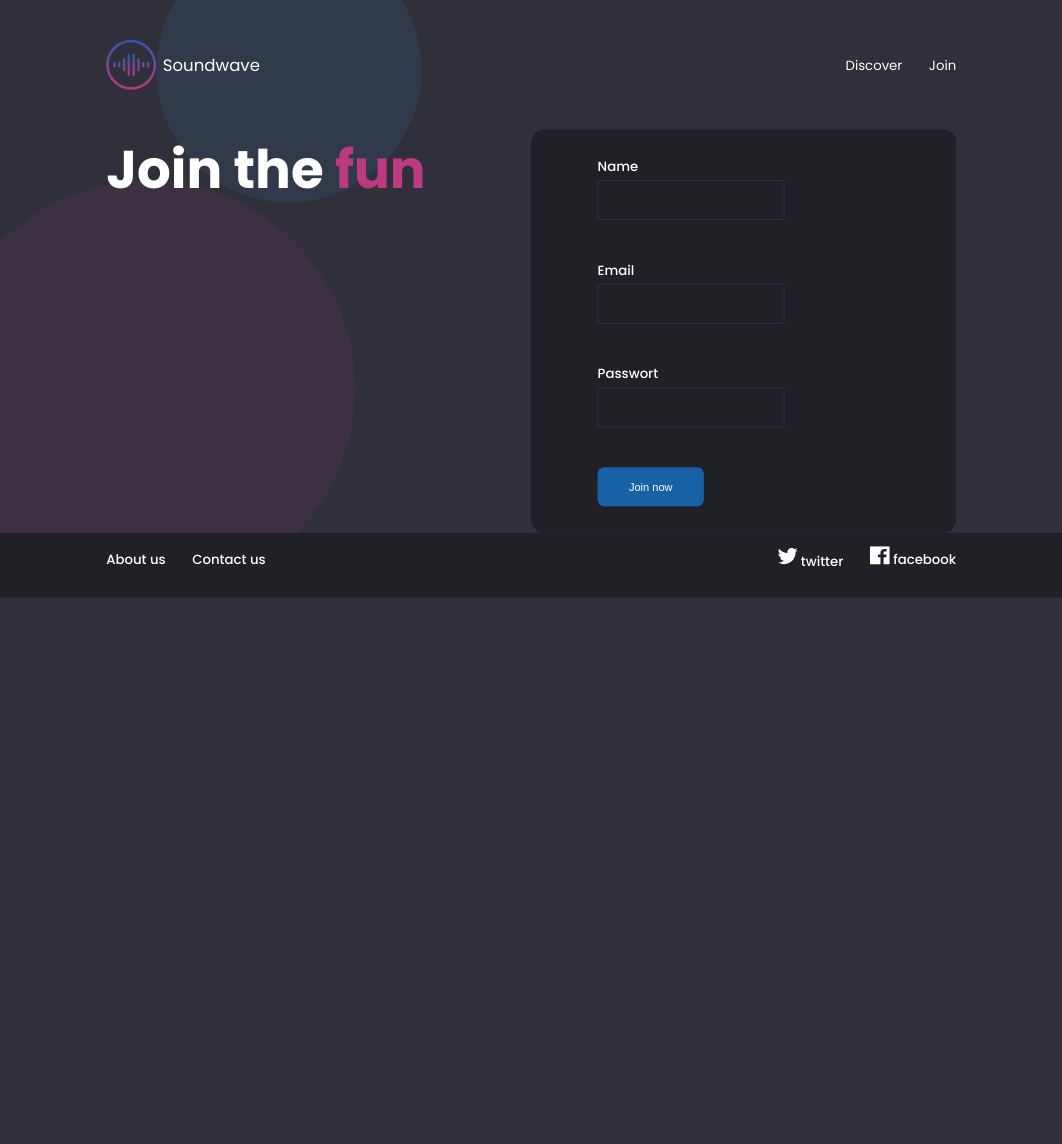
Repository: Hiiiij/soundwave
Page: pages/join.html
The author's editor kept a copy of each file at every save. The page is drawn from the files as they stood at one save, then again after a run of saves.
The browser window is 1280 px wide. The pictures show the whole page, at 83% of full size.

Above is the page before, as saved 2020-07-06 11:20:05.

After the next 2 saves:
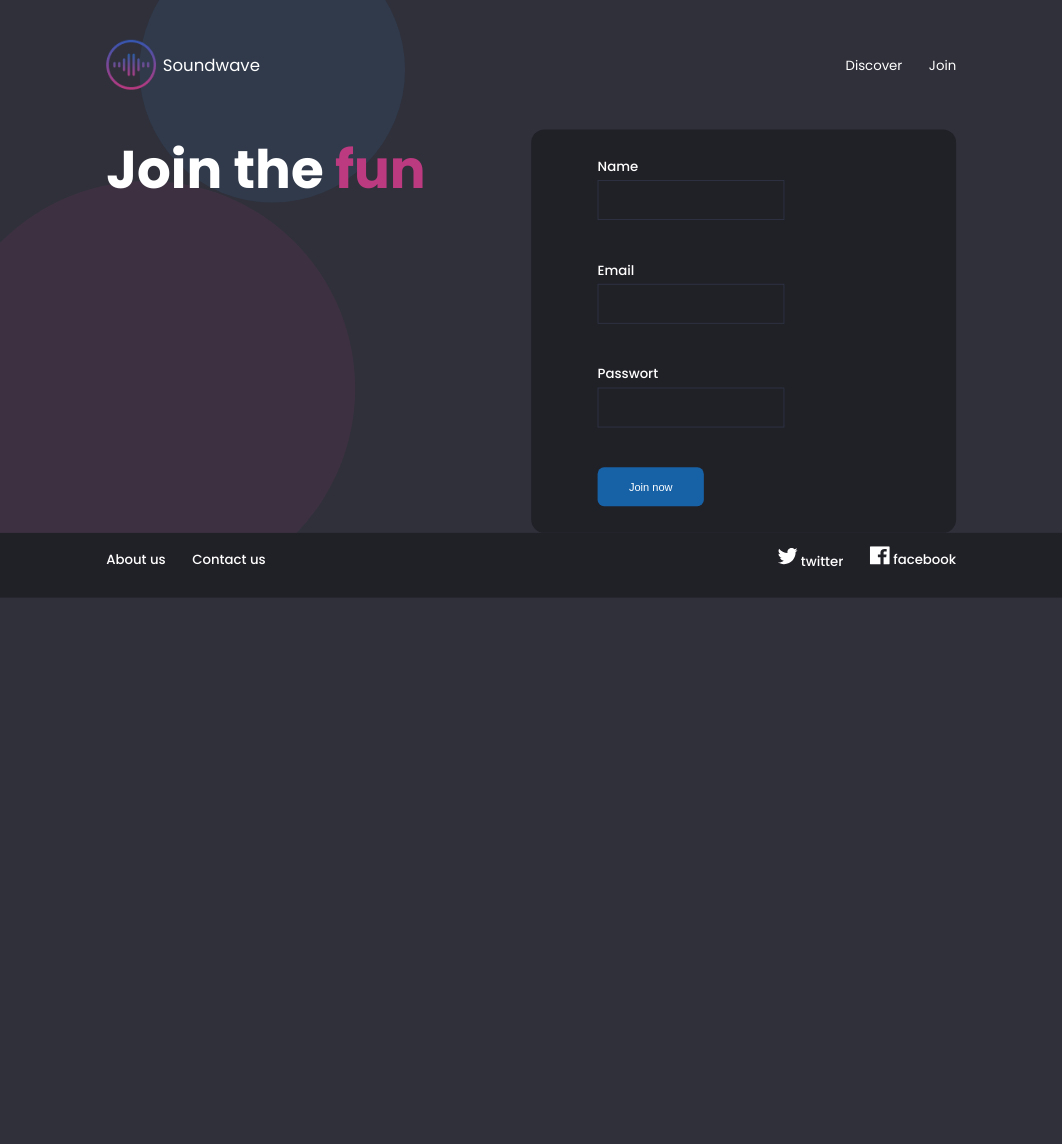
The 2 saves are shown as one change because they came seconds apart.
The last was saved 7 s later.
--- a/style.css
+++ b/style.css
@@ -277,7 +277,7 @@ transform:translateX(-15%);
     transform: translate(-200px, -50%);
 }
 span.blue.joy-2 {
-    transform: translate(-260px,-220px);
+    transform: translate(-280px,-220px);
 }
 .footer-nav {
   padding: 1rem 0;
